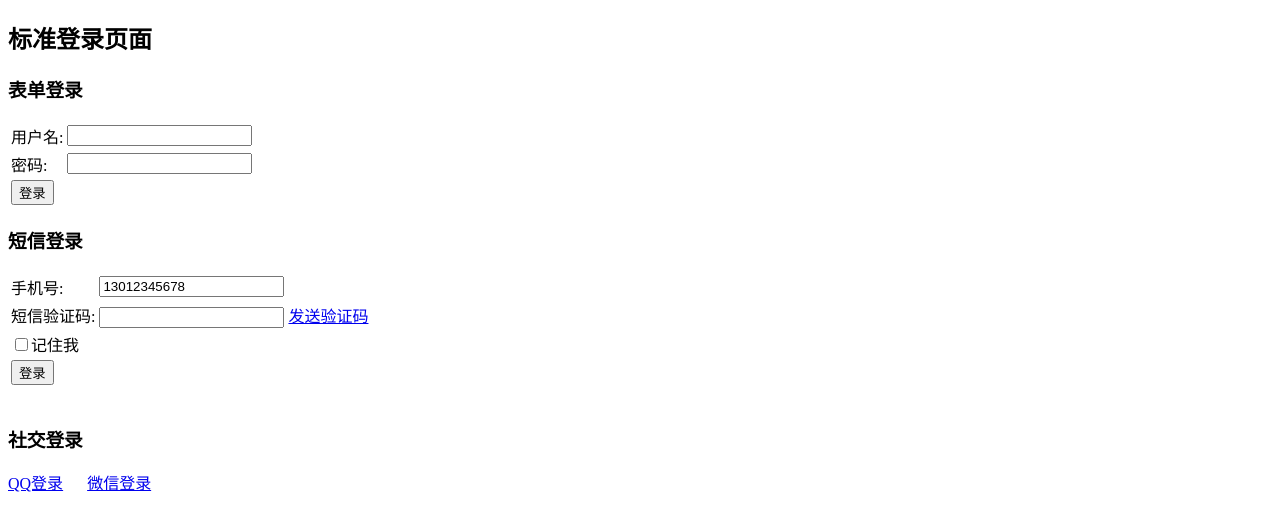
Repository: haoxiaoxi/blog
Page: ph-security-brower/src/main/resources/resources/login.html
These files come from the project's save history. The page is drawn as it stood at one moment and after the next save; the edit follows.
The browser window is 1280 px wide. The pictures show the whole page.

Above is the page before, as saved 2019-01-18 08:43:11.

After the next save:
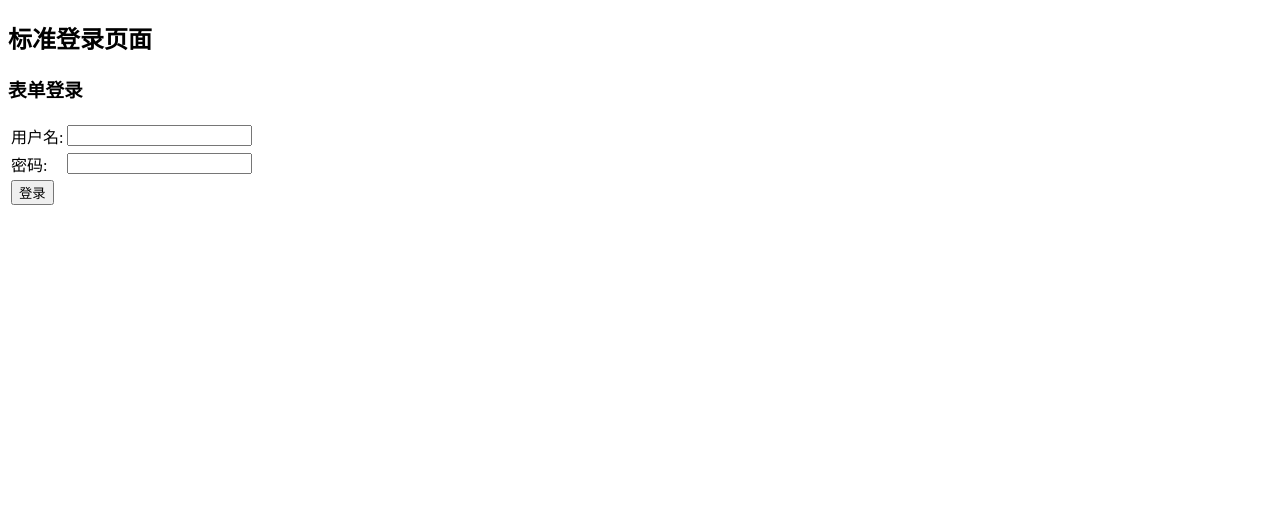
Saved 6 s later.
--- a/ph-security-brower/src/main/resources/resources/login.html
+++ b/ph-security-brower/src/main/resources/resources/login.html
@@ -23,32 +23,5 @@
 		</table>
 	</form>
 
-	<h3>短信登录</h3>
-	<form action="/authentication/mobile" method="post">
-		<table>
-			<tr>
-				<td>手机号:</td>
-				<td><input type="text" name="mobile" value="13012345678"></td>
-			</tr>
-			<tr>
-				<td>短信验证码:</td>
-				<td>
-					<input type="text" name="smsCode">
-					<a href="/code/sms?mobile=13012345678">发送验证码</a>
-				</td>
-			</tr>
-			<tr>
-				<td colspan='2'><input name="remember-me" type="checkbox" value="true" />记住我</td>
-			</tr>
-			<tr>
-				<td colspan="2"><button type="submit">登录</button></td>
-			</tr>
-		</table>
-	</form>
-	<br>
-	<h3>社交登录</h3>
-	<a href="/auth/qq">QQ登录</a>
-	&nbsp;&nbsp;&nbsp;&nbsp;
-	<a href="/auth/weixin">微信登录</a>
 </body>
 </html>
